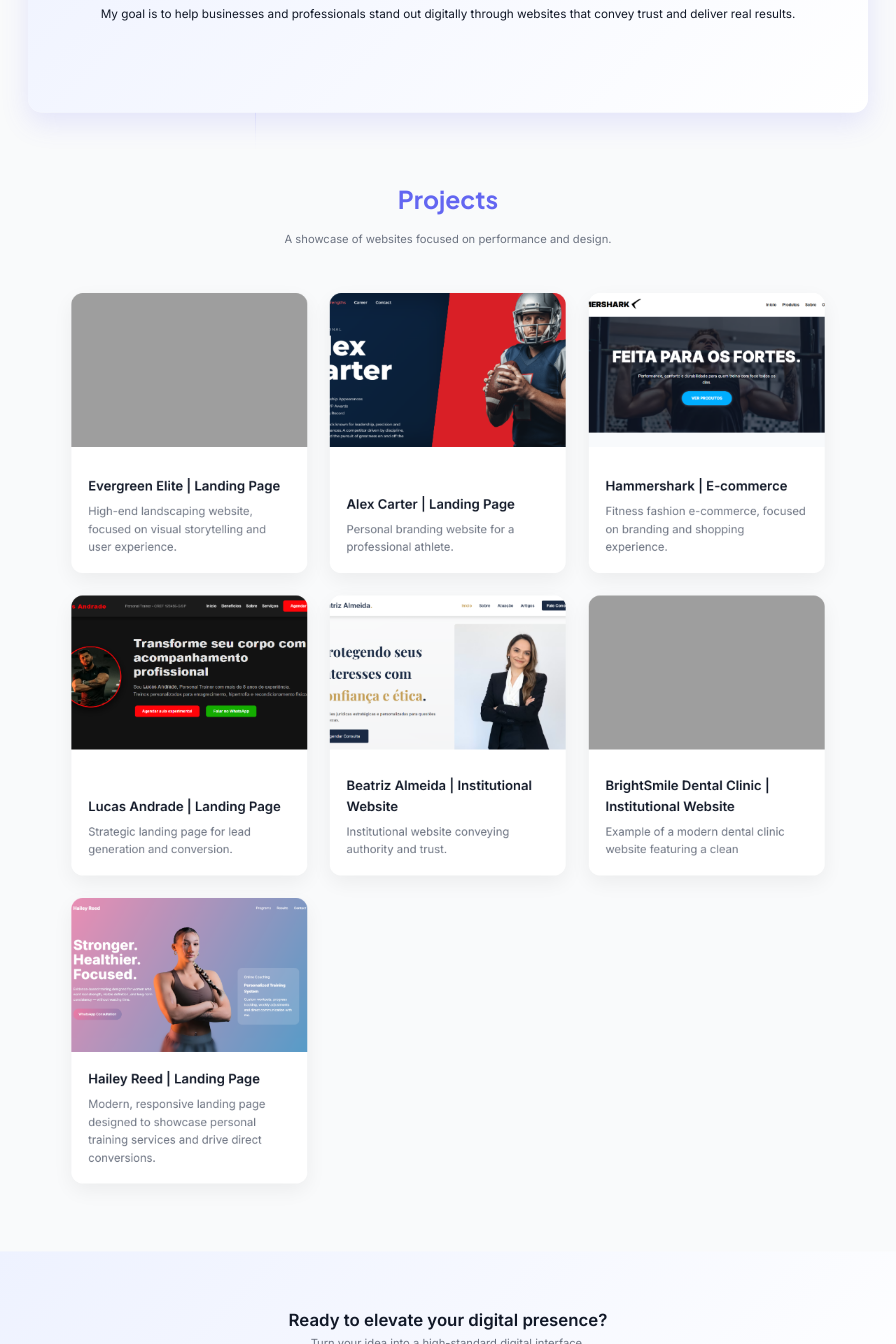
Repository: davidfsillva/portifolio
Page: index.html
These files come from the project's save history. The page is drawn as it stood at one moment and after the next save; the edit follows.
The browser window is 1280 px wide. The pictures show the part of the page from y = 1064 to 2984 px (the page is 3377 px tall), at 70% of full size.
Pictures or frames that could not be fetched are drawn as grey boxes.

Above is the page before, as saved 2026-02-16 19:09:15.
Console error: TypeError: Cannot read properties of null (reading 'addEventListener')

### index.html
<!DOCTYPE html>
<html lang="en">
<head>
    <meta charset="UTF-8">
    <meta name="viewport" content="width=device-width, initial-scale=1.0">

    <title>David Ferreira | Front-end Developer & Premium UI Designer</title>

    <!-- Primary SEO -->
    <meta name="description" content="David Ferreira is a front-end developer specialized in premium interfaces, high-conversion landing pages, and modern digital experiences.">
    <meta name="keywords" content="Front-end Developer, Web Designer, UI Designer, Landing Page, Web Development, Freelancer Brazil">
    <meta name="author" content="David Ferreira">
    <meta name="robots" content="index, follow">
    <link rel="canonical" href="https://davidfsillva.github.io/portifolio/">

    <!-- Open Graph (Facebook, LinkedIn) -->
    <meta property="og:title" content="David Ferreira | Premium Front-end Developer">
    <meta property="og:description" content="High-standard digital interfaces focused on performance and conversion.">
    <meta property="og:image" content="https://yourdomain.com/preview.jpg">
    <meta property="og:url" content="https://davidfsillva.github.io/portifolio/">
    <meta property="og:type" content="website">

    <!-- Twitter Card -->
    <meta name="twitter:card" content="summary_large_image">
    <meta name="twitter:title" content="David Ferreira | Web Developer">
    <meta name="twitter:description" content="Premium web development focused on performance and modern design.">
    <meta name="twitter:image" content="https://yourdomain.com/preview.jpg">

    <!-- Favicon -->
    <link rel="icon" href="img/icon.png" type="image/x-icon">

    <!-- Fonts -->
    <link href="https://fonts.googleapis.com/css2?family=Inter:wght@300;400;600&family=Plus+Jakarta+Sans:wght@700;800&display=swap" rel="stylesheet">

    <!-- Font Awesome -->
    <link rel="stylesheet" href="https://cdnjs.cloudflare.com/ajax/libs/font-awesome/6.5.0/css/all.min.css" integrity="sha512-..." crossorigin="anonymous" referrerpolicy="no-referrer" />

    <link rel="stylesheet" href="style.css">
</head>

<body>

    <!-- NAVBAR -->
    <nav class="navbar">
        <div class="logo"><a href="#">David | Web Developer<span>.</span></a></div>

        <ul class="nav-links">
            <li><a href="#about">About</a></li>
            <li><a href="#portfolio">Projects</a></li>
            <li><a href="#contact" class="btn-sm">Contact</a></li>
        </ul>
    </nav>

    <!-- HERO -->
    <section class="hero">
        <div class="hero-content">
            <h1>Creating high-level digital <span> with code experiences</span></h1>
            <p>Front-end developer specialized in high-standard interfaces and landing pages focused on results.</p>
            <div class="hero-btns">
                <a href="#portfolio" class="btn-primary">See Projects</a>
                <a href="#contact" class="btn-secondary">Let's Talk</a>
            </div>
        </div>
        <div class="hero-visual">
            <div class="hero-glow"></div>
        </div>
    </section>

    <!-- ABOUT -->
    <section id="about" class="section">
        <h2>About Me</h2>
        <p>I'm David Ferreira, a Front-end developer focused on creating modern, functional websites with premium interfaces. I work with HTML, CSS, JavaScript, and React, prioritizing performance, design, and user experience.</p>
        <p>My goal is to help businesses and professionals stand out digitally through websites that convey trust and deliver real results.</p>
    </section>

    <!-- PORTFOLIO -->
    <section id="portfolio" class="portfolio">
        <div class="section-header">
            <h2>Projects</h2>
            <p>A showcase of websites focused on performance and design.</p>
        </div>
        <div class="portfolio-grid">

            <!-- Project 6 -->
            <a href="https://davidfsillva.github.io/Evergreen-Elite-Landscaping/" target="_blank" class="project-link">
                <div class="project-card">
                    <div class="card-image">
                        <img src="img/lndg.png" alt="Alex Carter Project">
                        <div class="card-overlay"><span>View Details</span></div>
                    </div>
                    <div class="card-info">
                        <h3>Evergreen Elite | Landing Page</h3>
                        <p>High-end landscaping website, focused on visual storytelling and user experience.</p>
                    </div>
                </div>
            </a>

            <!-- Project 1 -->
            <a href="https://davidfsillva.github.io/Alex-Carter/" target="_blank" class="project-link">
                <div class="project-card">
                    <div class="card-image">
                        <img src="img/alex.png" alt="Alex Carter Project">
                        <div class="card-overlay"><span>View Details</span></div>
                    </div>
                    <div class="card-info">
                        <h3>Alex Carter | Landing Page</h3>
                        <p>Personal branding website for a professional athlete.</p>
                    </div>
                </div>
            </a>

            <!-- Project 2 -->
            <a href="https://davidfsillva.github.io/e-hammershark/" target="_blank" class="project-link">
                <div class="project-card">
                    <div class="card-image">
                        <img src="img/ecomerce.png" alt="Hammershark Project">
                        <div class="card-overlay"><span>View Details</span></div>
                    </div>
                    <div class="card-info">
                        <h3>Hammershark | E-commerce</h3>
                        <p>Fitness fashion e-commerce, focused on branding and shopping experience.</p>
                    </div>
                </div>
            </a>

            <!-- Project 3 -->
            <a href="https://davidfsillva.github.io/landing-page/" target="_blank" class="project-link">
                <div class="project-card">
                    <div class="card-image">
                        <img src="img/landingpage.png" alt="Landing Page Project">
                        <div class="card-overlay"><span>View Details</span></div>
                    </div>
                    <div class="card-info">
                        <h3>Lucas Andrade | Landing Page</h3>
                        <p>Strategic landing page for lead generation and conversion.</p>
                    </div>
                </div>
            </a>

            <!-- Project 4 -->
            <a href="https://davidfsillva.github.io/beatriz-almeida-adv/" target="_blank" class="project-link">
                <div class="project-card">
                    <div class="card-image">
                        <img src="img/adv.png" alt="Beatriz Almeida Law Firm Project">
                        <div class="card-overlay"><span>View Details</span></div>
                    </div>
                    <div class="card-info">
                        <h3>Beatriz Almeida | Institutional Website</h3>
                        <p>Institutional website conveying authority and trust.</p>
                    </div>
                </div>
            </a>

                        <!-- Project 7 -->
            <a href="https://davidfsillva.github.io/BrightSmile-Dental-Clinic/" target="_blank" class="project-link">
                <div class="project-card">
                    <div class="card-image">
                        <img src="img/" alt="Beatriz Almeida Law Firm Project">
                        <div class="card-overlay"><span>View Details</span></div>
                    </div>
                    <div class="card-info">
                        <h3>BrightSmile Dental Clinic | Institutional Website</h3>
                        <p>Example of a modern dental clinic website featuring a clean</p>
                    </div>
                </div>
            </a>

            <!-- Project 5 -->
            <a href="https://davidfsillva.github.io/Hailey-Reed-Coaching/" target="_blank" class="project-link">
                <div class="project-card">
                    <div class="card-image">
                        <img src="img/Hailey.png" alt="Beatriz Almeida Law Firm Project">
                        <div class="card-overlay"><span>View Details</span></div>
                    </div>
                    <div class="card-info">
                        <h3>Hailey Reed | Landing Page </h3>
                        <p>Modern, responsive landing page designed to showcase personal training services and drive direct conversions.</p>
                    </div>
                </div>
            </a>
        </div>
    </section>

    <!-- CTA / CONTACT -->
    <section id="contact" class="cta-section">
        <h2>Ready to elevate your digital presence?</h2>
        <p>Turn your idea into a high-standard digital interface.</p>
        <a href="https://wa.me/5511990242453" target="_blank" class="btn-whatsapp">Start a WhatsApp Conversation</a>
    </section>

    <!-- FOOTER -->
    <footer>
        <div class="footer-content">
            <p>&copy; 2026 David Ferreira. All rights reserved.</p>
            <div class="social-links">
                <a href="mailto:davidfsillva@icloud.com" target="_blank" rel="noopener noreferrer"><i class="fa-solid fa-envelope"></i></a>
                <a href="https://www.instagram.com/david_websites?igsh=MWdmZWJ3MW80N3JsNQ==" target="_blank" rel="noopener noreferrer"><i class="fa-brands fa-instagram"></i></a>
            </div>
        </div>
    </footer>

    <script src="scripts.js"></script>
</body>
</html>

### style.css
:root {
  --primary: #6366f1;
  --primary-light: #818cf8;
  --accent: #a855f7;
  --text-dark: #111827;
  --text-light: #6b7280;
  --bg-light: #f9fafb;
  --white: #ffffff;
  --transition: all 0.3s ease;
}

/* RESET */
* {
  margin: 0;
  padding: 0;
  box-sizing: border-box;
}

html {
  scroll-behavior: smooth;   /* já tinha */
  scroll-padding-top: 70px; /* ajuste esse valor para altura da navbar */
}


body {
  font-family: 'Inter', sans-serif;
  background: var(--bg-light);
  color: var(--text-dark);
  line-height: 1.6;
  animation: fadePage 0.8s ease-in-out;
}

@keyframes fadePage {
  from { opacity: 0; transform: translateY(10px); }
  to { opacity: 1; transform: translateY(0); }
}

/* NAVBAR */
.navbar {
  position: fixed;
  width: 100%;
  top: 0;
  padding: 1.5rem 8%;
  display: flex;
  justify-content: space-between;
  align-items: center;
  background: rgba(255,255,255,0.85);
  backdrop-filter: blur(12px);
  box-shadow: 0 4px 20px rgba(0,0,0,0.05);
  z-index: 1000;
  transition: var(--transition);
}

.logo {
  font-family: 'Plus Jakarta Sans', sans-serif;
  font-weight: 800;
  font-size: 1.4rem;
}

.logo a {
  text-decoration: none;   /* remove o sublinhado */
  color: var(--text-dark); /* cor principal da logo */
  font-weight: 800;
  font-size: 1.5rem;
}

.logo a span {
  color: var(--primary);   /* deixa apenas o ponto colorido */
}


.logo span {
  color: var(--primary);
}

.nav-links {
  display: flex;
  list-style: none;
  gap: 2rem;
}

.nav-links a {
  text-decoration: none;
  color: var(--text-light);
  font-weight: 500;
  transition: var(--transition);
}

.nav-links a:hover {
  color: var(--primary);
  transform: translateY(-2px);
}

/* HERO */
.hero {
  min-height: 100vh;
  padding: 120px 8% 80px; /* aumentei de 60px para 80px */
  display: flex;
  align-items: center;
  justify-content: space-between;
  background: linear-gradient(135deg, #eef2ff, #ffffff);
  flex-wrap: wrap;
}

.hero-content {
  max-width: 600px;
  animation: heroFade 1s ease 0.2s both;
}

@keyframes heroFade {
  from { opacity: 0; transform: translateY(40px); }
  to { opacity: 1; transform: translateY(0); }
}

.badge {
  display: inline-block;
  padding: 0.5rem 1rem;
  background: rgba(99,102,241,0.1);
  color: var(--primary);
  border-radius: 20px;
  font-size: 0.8rem;
  font-weight: 600;
  margin-bottom: 1.5rem;
}

.hero h1 {
  font-family: 'Plus Jakarta Sans', sans-serif;
  font-size: clamp(2rem, 5vw, 3.5rem);
  line-height: 1.2;
  margin-bottom: 1.5rem;
}

.hero h1 span {
  background: linear-gradient(90deg, var(--primary), var(--accent));
  -webkit-background-clip: text;
  -webkit-text-fill-color: transparent;
}

.hero p {
  font-size: 1.1rem;
  color: var(--text-light);
  margin-bottom: 2rem;
}

/* BUTTONS */
.btn-primary,
.btn-secondary,
.btn-whatsapp {
  display: inline-block;
  padding: 0.9rem 2rem;
  border-radius: 8px;
  text-decoration: none;
  font-weight: 600;
  transition: all 0.3s ease;
  position: relative;
  overflow: hidden;
}

.btn-primary {
  background: linear-gradient(90deg, var(--primary), var(--accent));
  color: white;
  box-shadow: 0 10px 25px rgba(99,102,241,0.3);
}

.btn-primary:hover {
  transform: translateY(-4px) scale(1.03);
}

.btn-primary:active {
  transform: scale(0.96);
}

.btn-primary::after {
  content: "";
  position: absolute;
  width: 200%;
  height: 200%;
  background: radial-gradient(circle, rgba(255,255,255,0.4), transparent 60%);
  top: -50%;
  left: -50%;
  opacity: 0;
  transition: opacity 0.4s ease;
}

.btn-primary:hover::after {
  opacity: 1;
}

.btn-secondary {
  border: 1px solid #e5e7eb;
  color: var(--text-dark);
  margin-left: 1rem;
  box-shadow: 0 5px 25px rgba(99,102,241,0.3);

}

.btn-secondary:hover {
  background: #f3f4f6;
  transform: translateY(-4px);
}

.btn-secondary:active {
  transform: scale(0.96);
}

.btn-whatsapp {
  background: linear-gradient(90deg, #25d366, #1ebe57);
  color: white;
  padding: 1rem 2rem;
  border-radius: 8px;
  font-weight: 600;
  transition: var(--transition);
}

.btn-whatsapp:hover {
  transform: translateY(-3px) scale(1.03);
  box-shadow: 0 8px 20px rgba(37,211,102,0.4);
}

.btn-whatsapp:active {
  transform: scale(0.96);
}

.hero-btns {
  display: flex;
  flex-wrap: wrap;
}

#about {
  text-align: center;
  max-width: 1200px;
  margin: 4rem auto 0; /* adiciona mais distância do Hero */
  padding: 6rem 8%;
  background: linear-gradient(135deg, #eef2ff 0%, #ffffff 100%);
  border-radius: 20px;
  box-shadow: 0 15px 40px rgba(99,102,241,0.15);
  position: relative;
  overflow: hidden;
}

#about::before {
  content: "";
  position: absolute;
  width: 200px;
  height: 200px;
  background: radial-gradient(circle, rgba(163,155,253,0.2), transparent 70%);
  top: -50px;
  right: -50px;
  border-radius: 50%;
  z-index: 0;
  animation: pulseGlow 6s infinite ease-in-out;
}

#about h2 {
  font-family: 'Plus Jakarta Sans', sans-serif;
  font-size: clamp(2rem, 4vw, 2.5rem);
  margin-bottom: 2rem;
  position: relative;
  z-index: 1;
  background: linear-gradient(90deg, var(--primary), var(--accent));
  -webkit-background-clip: text;
  -webkit-text-fill-color: transparent;
}

#about p {
  font-size: 1.05rem;
  line-height: 1.9;
  color: var(--text-dark);
  margin-bottom: 1.8rem;
  position: relative;
  z-index: 1;
  opacity: 0;
  transform: translateY(20px);
  animation: fadeUp 1s forwards;
  animation-delay: 0.3s;
}

/* Animação suave */
@keyframes fadeUp {
  to {
    opacity: 1;
    transform: translateY(0);
  }
}



/* HERO VISUAL */
.hero-visual {
  flex: 1;
  min-height: 400px;
  display: flex;
  justify-content: center;
  align-items: center;
}

.hero-glow {
  width: 380px;
  height: 380px;
  background: url('img/dashboard.png') no-repeat center center;
  background-size: contain;
  animation: float-rotate 8s ease-in-out infinite;
}

@keyframes float-rotate {
  0%   { transform: translateY(0px) rotate(0deg); }
  50%  { transform: translateY(-10px) rotate(3deg); }
  100% { transform: translateY(0px) rotate(0deg); }
}

/* PORTFOLIO */
.portfolio {
  padding: 6rem 8%;
}

.section-header {
  text-align: center;
  margin-bottom: 4rem;
}

.section-header h2 {
  font-family: 'Plus Jakarta Sans', sans-serif;
  font-size: 2.2rem;
  margin-bottom: 1rem;
  color: var(--primary)
}

.section-header p {
  color: var(--text-light);
}

.portfolio-grid {
  display: grid;
  grid-template-columns: repeat(auto-fit, minmax(280px, 1fr));
  gap: 2rem;
}

.project-card {
  display: flex;
  flex-direction: column;
  justify-content: space-between; /* força a separação entre imagem e texto */
  background: var(--white);
  border-radius: 16px;
  overflow: hidden;
  box-shadow: 0 10px 30px rgba(0,0,0,0.06);
  cursor: pointer;
  transition: transform 0.4s ease, box-shadow 0.4s ease;
  will-change: transform;

  min-height: 400px; /* define altura mínima igual para todos */
}


.project-card:hover {
  transform: translateY(-12px) scale(1.03);
  box-shadow: 0 25px 50px rgba(99,102,241,0.2);
}

.card-image {
  position: relative;
  overflow: hidden;
}

.card-image img {
  width: 100%;
  height: 220px;
  object-fit: cover;
  display: block;
  transition: transform 0.6s ease;
}

.project-card:hover .card-image img {
  transform: scale(1.08);
}

.card-overlay {
  position: absolute;
  inset: 0;
  background: rgba(99, 101, 241, 0.288);
  display: flex;
  justify-content: center;
  align-items: center;
  color: white;
  font-weight: 600;
  opacity: 0;
  transition: opacity 0.4s ease;
}

.project-card:hover .card-overlay {
  opacity: 1;
}

.card-info {
  padding: 1.5rem;
}

.card-info h3 {
  margin-bottom: 0.5rem;
}

.card-info p {
  color: var(--text-light);
}

.project-link {
  text-decoration: none;
  color: inherit;
  display: block;
}


/* CTA */
.cta-section {
  padding: 5rem 8%;
  text-align: center;
  background: linear-gradient(135deg, #eef2ff, #ffffff);
}

/* FOOTER */
footer {
  padding: 3rem 5%;
  background: #111827; /* leve gradiente */
  border-top: 1px solid rgba(99,102,241,0.2); /* linha discreta */
  text-align: center;
  border-radius: 20px 20px 0 0;
  box-shadow: 0 -4px 20px rgba(99,102,241,0.05);
}

.footer-content {
  display: flex;
  flex-direction: column;
  align-items: center;
  gap: 1.5rem; /* aumenta espaço entre elementos */
}

.footer-content p {
  color: var(--bg-light);
  font-weight: 450;
  font-size: 1rem;
}

.social-links {
  display: flex;
  gap: 1rem; /* distância entre ícones */
}

.social-links a {
  color: var(--bg-light);
  padding: 0.6rem;
  border-radius: 30%; /* círculo perfeito */
  font-size: 1.4rem;
  display: flex;
  justify-content: center;
  align-items: center;
  transition: all 0.3s ease;
  text-decoration: none;
}

.social-links a:hover {
  transform: translateY(-3px) scale(1.1);
  color: var(--bg-light);
}


.cta-section p {
  color: var(--text-light);
  margin-bottom: 2.5rem; /* aumenta espaço abaixo do texto */
}

.btn-whatsapp {
  display: inline-block;
  background: #18bb54;
  color: white;
  padding: 1rem 2rem;
  border-radius: 8px;
  text-decoration: none;
  font-weight: 600;
  transition: var(--transition);
  margin-top: 0.5rem; /* pequeno respiro extra */
}


/* MODAL */
.modal-overlay {
  position: fixed;
  inset: 0;
  background: rgba(0,0,0,0.6);
  display: none;
  justify-content: center;
  align-items: center;
  padding: 2rem;
  z-index: 2000;
}

.modal-content {
  background: white;
  width: 100%;
  max-width: 900px;
  border-radius: 20px;
  overflow: hidden;
  animation: modalZoom 0.4s cubic-bezier(.23,1,.32,1);
  position: relative;
}

@keyframes modalZoom {
  from { opacity: 0; transform: scale(0.85) translateY(20px); }
  to { opacity: 1; transform: scale(1) translateY(0); }
}

.modal-body {
  display: grid;
  grid-template-columns: 1fr 1fr;
}

.modal-img {
  min-height: 300px;
  background-size: cover !important;
}

.modal-text {
  padding: 2rem;
}

.close-modal {
  position: absolute;
  top: 20px;
  right: 25px;
  background: none;
  border: none;
  font-size: 2rem;
  cursor: pointer;
  transition: transform 0.3s ease;
}

.close-modal:hover {
  transform: rotate(90deg);
}

/* RESPONSIVO */
/* =====================
   RESPONSIVIDADE
===================== */

/* Para telas até 900px */
@media (max-width: 900px) {
  html, body {
    overflow-x: hidden; /* remove rolagem lateral */
  }

  .hero {
    flex-direction: column;
    text-align: center;
    padding: 100px 5% 60px; /* garante espaçamento interno */
    width: 100%; /* força largura total */
  }

  .hero-left,
  .hero-right,
  .hero-visual {
    width: 100%;
    max-width: 100%;
    margin: 0 auto; /* centraliza horizontalmente */
  }

  .hero-btns {
    display: flex;
    justify-content: center;
    align-items: center;
    gap: 1rem;
    flex-wrap: wrap;
    margin: 0 auto;
  }

  .hero-btns a {
    margin: 0; /* remove margens extras que possam deslocar os botões */
  }

  .portfolio,
  .cta-section {
    padding: 4rem 5%;
    width: 100%;
    max-width: 100%;
    margin: 0 auto;
  }
}

/* Para telas até 600px */
@media (max-width: 600px) {
  html, body {
    overflow-x: hidden; /* garante sem scroll lateral */
  }

  .navbar {
    padding: 1rem 5%;
    width: 100%;
    max-width: 100%;
    margin: 0 auto;
  }

  .nav-links {
    display: none;
  }

  .hero {
    padding: 80px 5% 40px;
    width: 100%;
  }

  .hero-btns {
    justify-content: center;
    gap: 1rem;
    flex-wrap: wrap;
  }

  .portfolio,
  .cta-section {
    padding: 3rem 5%;
  }

  footer {
    padding: 2rem 5%;
    width: 100%;
  }

  .footer-content {
    flex-direction: column;
    text-align: center;
    width: 100%;
  }

  .social-links a {
    margin: 0 0.5rem;
  }

  /* imagens e vídeos dentro do hero */
  .hero img,
  .hero video {
    max-width: 100%;
    height: auto;
    display: block;
    margin: 0 auto;
  }
}

Loaded but not shown: scripts.js (103 lines, source omitted)

After the next save:
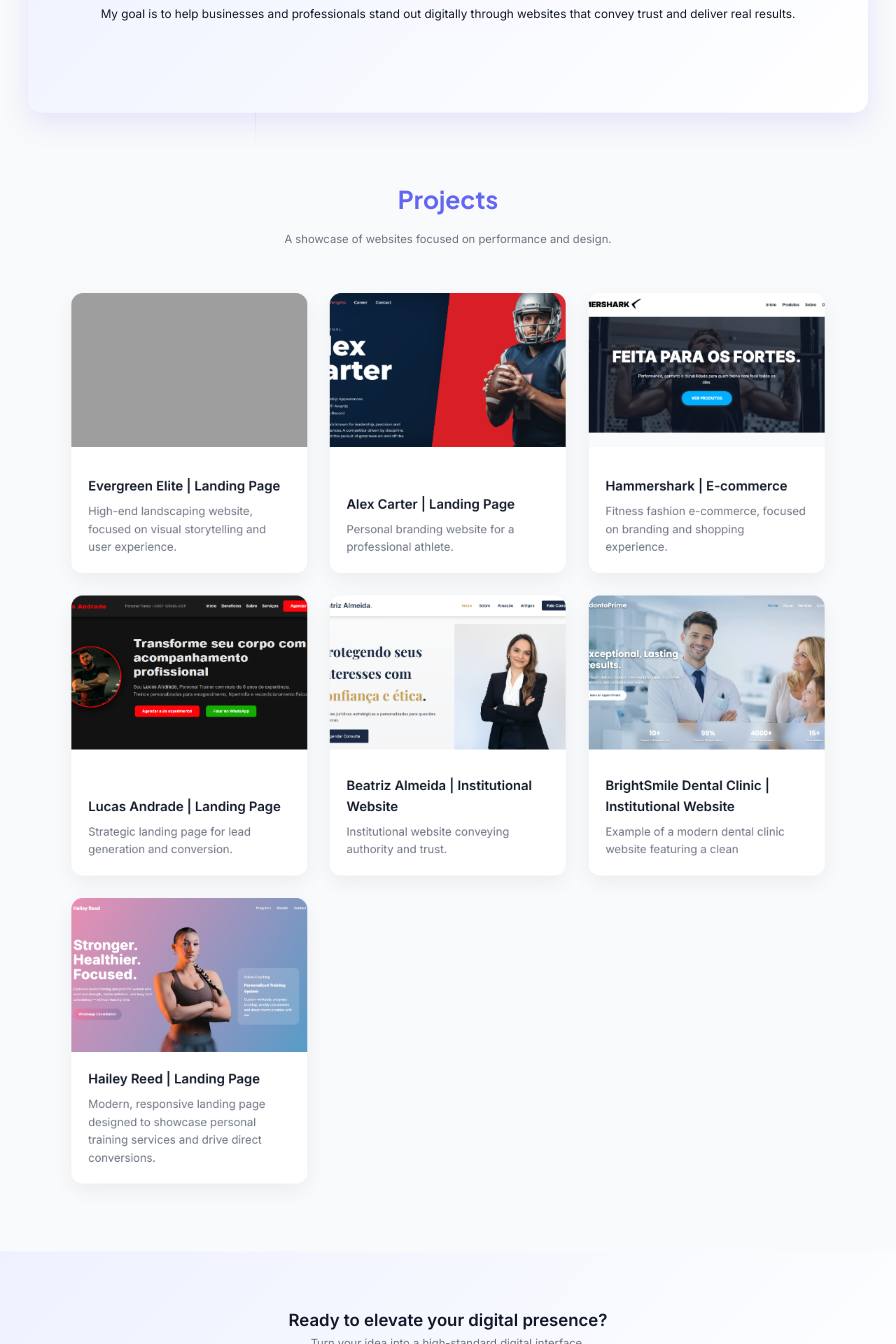
Saved 34 s later.
--- a/index.html
+++ b/index.html
@@ -155,7 +155,7 @@
             <a href="https://davidfsillva.github.io/BrightSmile-Dental-Clinic/" target="_blank" class="project-link">
                 <div class="project-card">
                     <div class="card-image">
-                        <img src="img/" alt="Beatriz Almeida Law Firm Project">
+                        <img src="img/odonto.png" alt="Beatriz Almeida Law Firm Project">
                         <div class="card-overlay"><span>View Details</span></div>
                     </div>
                     <div class="card-info">
